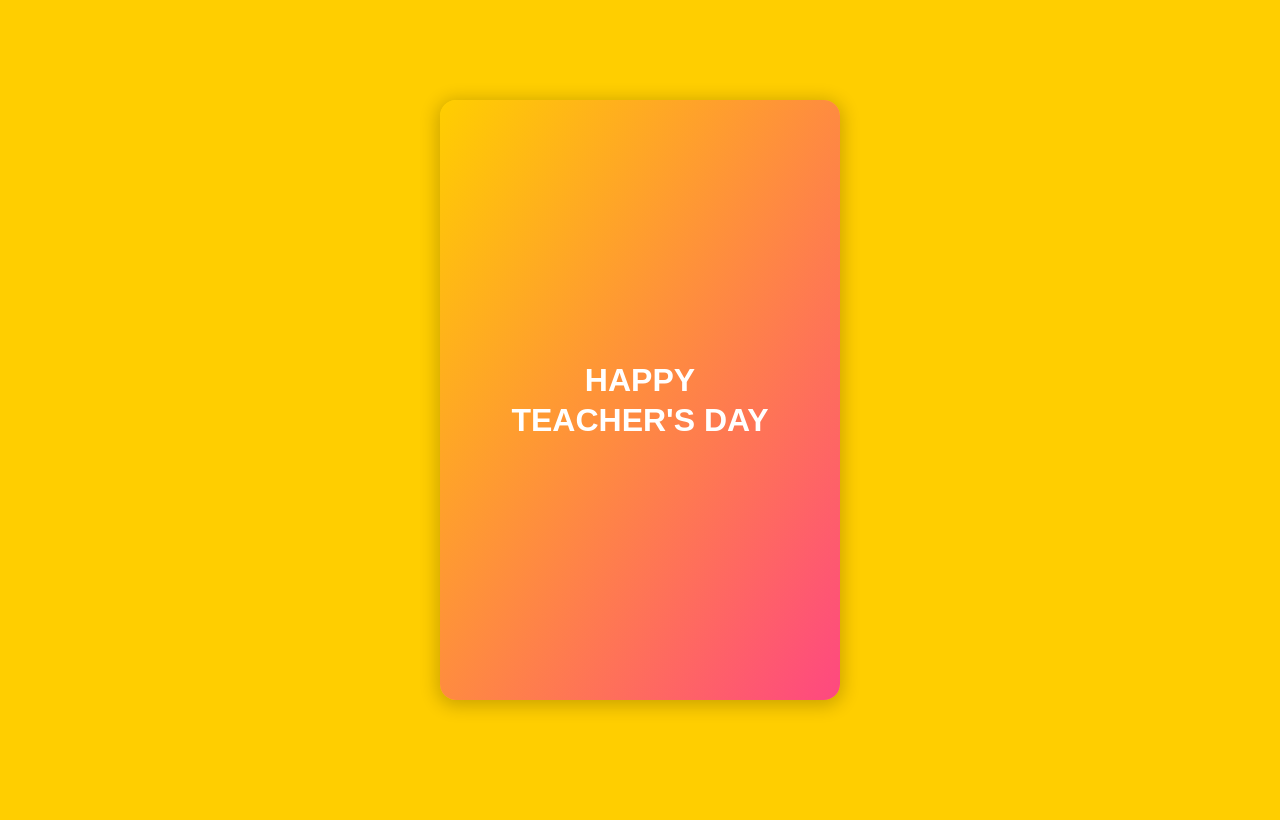
Repository: maixuanhieu/giftcard
Page: index.html
These files come from the project's save history. The page is drawn as it stood at one moment and after a run of saves; the edit follows.
The browser window is 1280 px wide. The pictures show the whole page.
The style sheet was rebuilt from its Sass, Less or Tailwind sources for each picture, by a compiler version that may differ from the author's.

Above is the page before, as saved 2021-11-17 20:03:06.

### index.html
<!DOCTYPE html>
<html lang="en">

<head>
    <meta charset="UTF-8">
    <meta http-equiv="X-UA-Compatible" content="IE=edge">
    <meta name="viewport" content="width=device-width, initial-scale=1.0">
    <title>CSS Flip Card</title>
    <link rel="stylesheet" href="style.css">
</head>

<body>
   <div class="card">
       <div class="card__inner">
           <div class="card__face card__face--front">
            <h2 style="text-align: center; line-height: 40px;">HAPPY <br> TEACHER'S DAY</h2>
           </div>
           <div class="card__face card__face--back">
            <div class="card__content">
                <div class="card__header">
                    <img src="xi2.jpg" alt="" srcset="" class="fox">
                    <h2></h2>
                </div>

                <div class="card__body">
                    <h3>PHAM NHA UYEN</h3>
                    <p>You will always be the cutest and most beautiful teacher in my eyes. I hope you will always keep a bright smile on your lips and have good health to continue your noble career. </p>
                </div>
            </div>
           </div>
       </div>
   </div>



</body>



<script src="main.js"></script>
</html>

### main.js
const card = document.querySelector('.card__inner');

card.addEventListener('click', function(){
    card.classList.toggle('is-flipped');
});

### style.scss
:root {
    --primary: #FFCE00;
    --secondary: #FE4880;
    --dark: #212121;
    --light: #F3F3F3;
}

*{
    margin: 0;
    padding: 0;
}

body{
    font-family: montserrat, sans-serif;
    width: 100%;
    min-height: 100vh;
    background-color: var(--primary);
}

.card{
    margin: 100px auto 0;
    width: 400px;
    height: 600px;
    perspective: 1000px;

    &__inner{
        width: 100%;
        height: 100%;
        transition: transform 1s;
        transform-style: preserve-3d;
        cursor: pointer;
        position: relative;
    }

    &__inner.is-flipped{
        transform: rotateY(180deg);
    }

    &__face{
        position: absolute;
        width: 100%;
        height: 100%;
        backface-visibility: hidden;
        overflow: hidden;
        border-radius: 16px;
        box-shadow: 0px 3px 18px 3px rgba(0,0,0,0.2);
    }

    &__face--front{
        background-image: linear-gradient(to bottom right, var(--primary), var(--secondary));
        display: flex;
        align-items: center;
        justify-content: center;
    }

    &__face--front h2{
        color: #FFF;
        font-size: 32px;
    }

    &__face--back{
        background-color: var(--light);
        transform: rotateY(180deg);
    }

    &__content{
        width: 100%;
        height: 100%;
    }

    &__header{
        position: relative;
        padding: 30px 30px 40px;
    }

    &__header::after{
        content: '';
        display: block;
        position: absolute;
        top: 0;
        left: 0;
        right: 0;
        bottom: 0;
        z-index: -1;
        border-radius: 0 0 50% 0;
        background-image: linear-gradient(to bottom left, var(--primary) 10%, var(--secondary) 115%);
    }

    &__header h2{
        color: #FFF;
        font-size: 32px;
        font-weight: 900;
        text-transform: uppercase;
        text-align: center;
    }

    &__body{
        padding: 30px;
    }

    &__body h3{
        color: var(--dark);
        font-size: 24px;
        font-weight: 600;
        margin-bottom: 15px;
    }

    &__body p {
        color: var(--dark);
        font-size: 18px;
        line-height: 1.5;
    }
}

.fox{
    display: block;
    width: 187px;
    height: 187px;
    margin: 0 auto 30px;
    border-radius: 50%;
    background-color: #FFF;
    border: 5px solid #FFF;
    object-fit: cover;
}

After the next 2 saves:
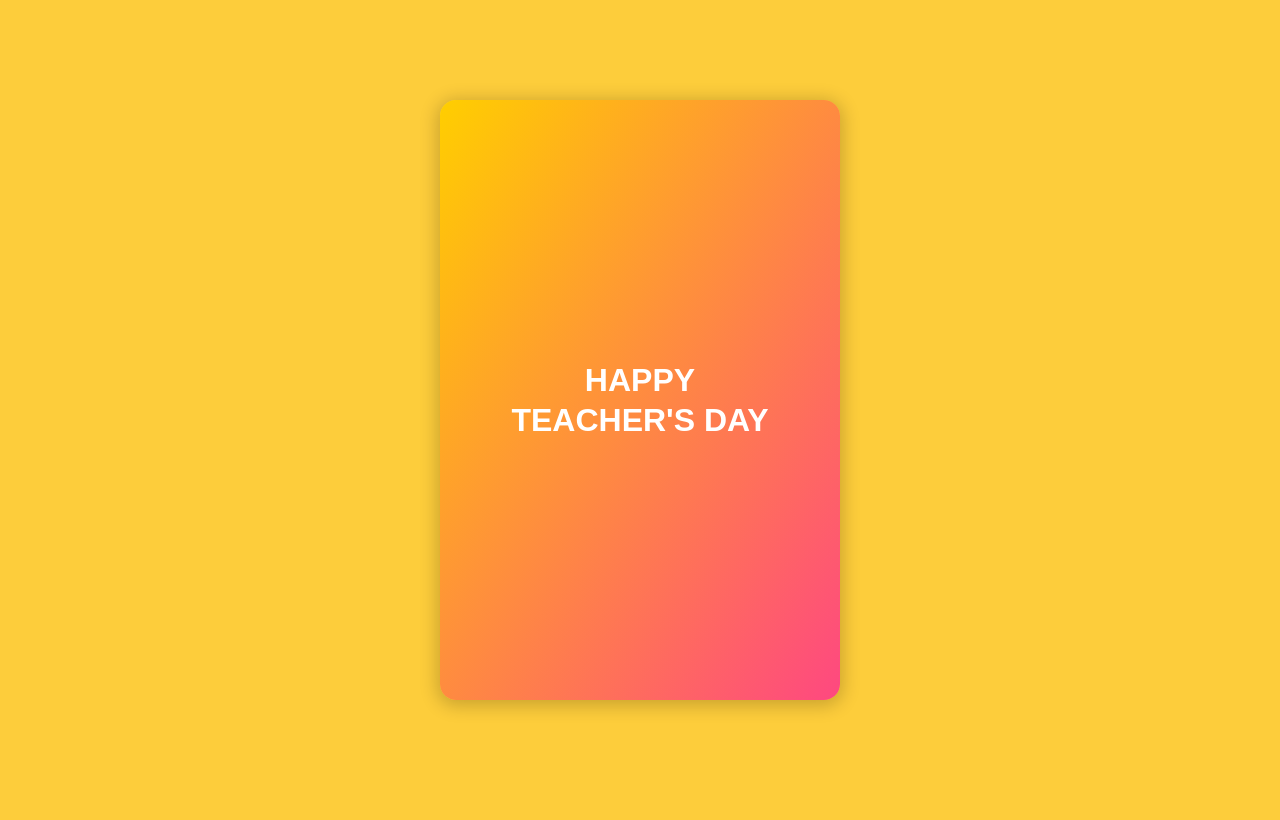
The 2 saves are shown as one change because 1 did not build or start.
The last was saved 27 s later.
--- a/style.scss
+++ b/style.scss
@@ -14,7 +14,7 @@ body{
     font-family: montserrat, sans-serif;
     width: 100%;
     min-height: 100vh;
-    background-color: var(--primary);
+    background-color: #FDCD3B;
 }
 
 .card{
